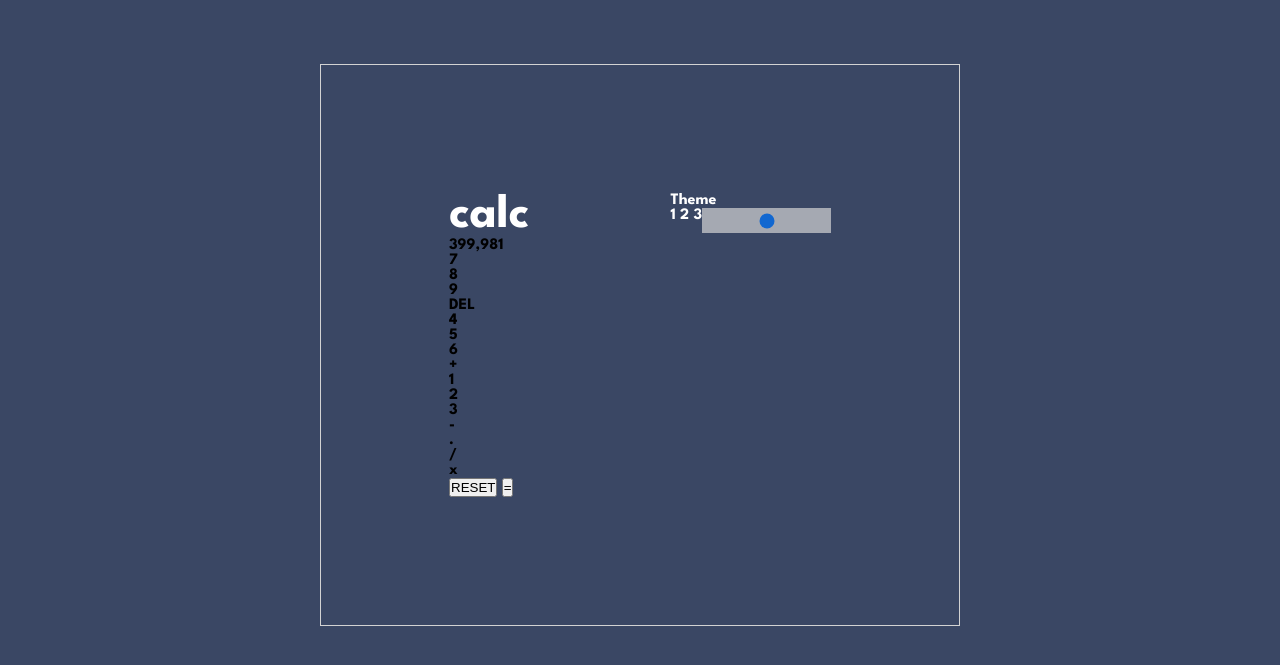
Repository: DevLaukey/calc-with-css-js
Page: index.html
The author's editor kept a copy of each file at every save. The page is drawn from the files as they stood at one save, then again after the next save.
The browser window is 1280 px wide. The pictures show the whole page.

Above is the page before, as saved 2022-05-18 12:38:56.

### index.html
<!DOCTYPE html>
<html lang="en">
  <head>
    <meta charset="UTF-8" />
    <meta http-equiv="X-UA-Compatible" content="IE=edge" />
    <meta name="viewport" content="width=device-width, initial-scale=1.0" />
    <title>Calculator</title>
    <link rel="stylesheet" href="./styles.css" />
    <link rel="preconnect" href="https://fonts.googleapis.com" />
    <link rel="preconnect" href="https://fonts.gstatic.com" crossorigin />
    <link
      href="https://fonts.googleapis.com/css2?family=League+Spartan:wght@700&display=swap"
      rel="stylesheet"
    />
  </head>
  <body>
    <div class="body">
      <header class="calculator__header">
        <div >
          <p class="calculator__name text">calc</p>
        </div>
        <div class="calculator__slider text">
          <p class="calculator__smallText">Theme</p>
          <div class="calculator__block">
            <p>1 2 3</p>
            <input class="slider" type="range" min="1" max="3" name="" id="" />
          </div>
        </div>
      </header>
      <div class="calculator__display">
        <p class="calculator__solution">399,981</p>
      </div>
      <div class="calculator__input">
        <div class="calculator__row">
          <p class="calculator__button seven">7</p>
          <p class="calculator__button eight">8</p>
          <p class="calculator__button nine">9</p>
          <p class="calculator__button del">DEL</p>
          <p class="calculator__button four">4</p>
          <p class="calculator__button five">5</p>
          <p class="calculator__button six">6</p>
          <p class="calculator__button plus">+</p>
          <p class="calculator__button one">1</p>
          <p class="calculator__button two">2</p>
          <p class="calculator__button three">3</p>
          <p class="calculator__button minus">-</p>
          <p class="calculator__button dot">.</p>
          <p class="calculator__button slash">/</p>
          <p class="calculator__button multiply">x</p>
          <div class="calculator__control">
            <button class="control reset">RESET</button>
            <button class="control equals">=</button>
          </div>
        </div>
      </div>
    </div>
  </body>
</html>

### styles.css
*{
    margin:0;
    padding:0;
    box-sizing: border-box;

}

body{
    background-color: hsl(222, 26%, 31%);
}
.body{
    font-family: 'League Spartan', sans-serif;
/* width: 100%; */
  padding:10%;
  margin-bottom: 5%;
  margin-top: 5%;
  margin-left: 25%;
  margin-right: 25%;
  border: 1px solid #d3d3d3;

}
.calculator__header{
    display: flex;
    width: 100%;
    justify-content: space-between;
}
.calculator__block{
    display: flex;
}
.calculator__name {
    font-size: 3em;
    color: white;

}
.text{
color: white;

}
.numbers{
    color: hsl(221, 14%, 31%);
}



.slider {
  -webkit-appearance: none;
   /* width: 100%; */
  height: 25px;
  background: #d3d3d3;
  /* outline: none; */
  opacity: 0.7;
  -webkit-transition: .2s;
  transition: opacity .2s;
}

.slider:hover {
  opacity: 1;
}
.slider::-webkit-slider-thumb {
  /* -webkit-appearance: none; */
  /* appearance: none; */
  width: 25px;
  height: 25px;
  background: #04AA6D;
  cursor: pointer;
}

.slider::-moz-range-thumb {
  width: 25px;
  height: 25px;
  background: #04AA6D;
  cursor: pointer;
}

After the next save:
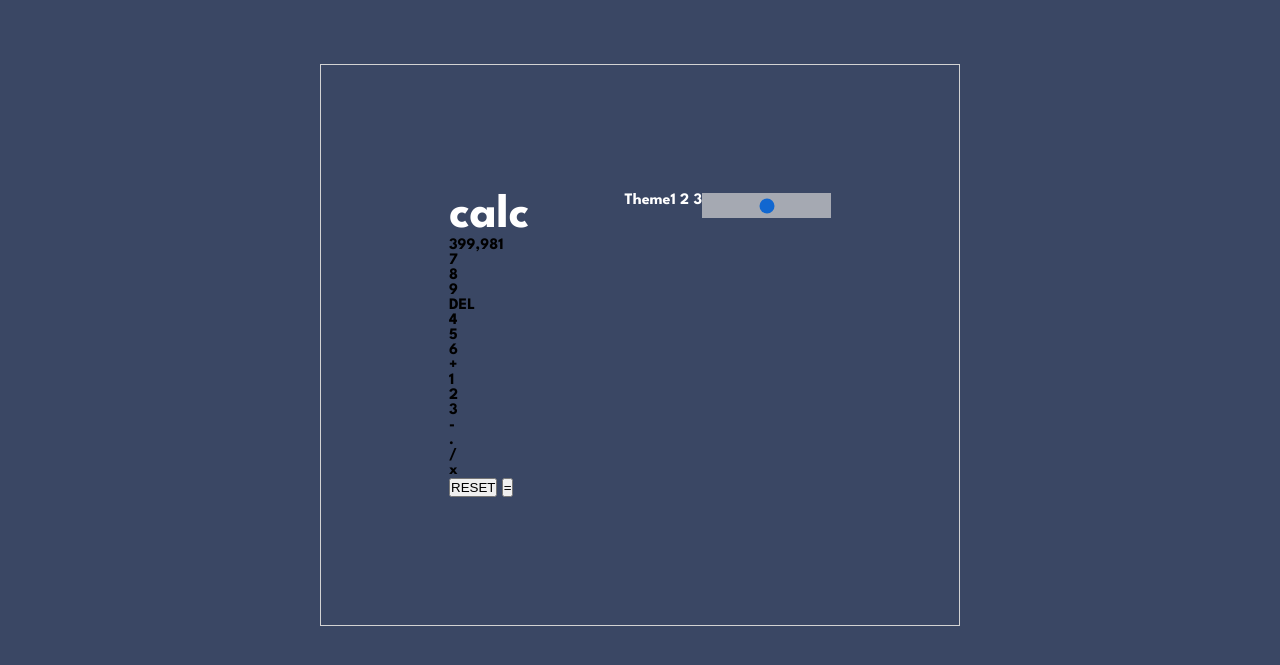
Saved 9 s later.
--- a/styles.css
+++ b/styles.css
@@ -31,6 +31,9 @@ body{
     font-size: 3em;
     color: white;
 
+}
+.calculator__slider{
+display: flex;
 }
 .text{
 color: white;
